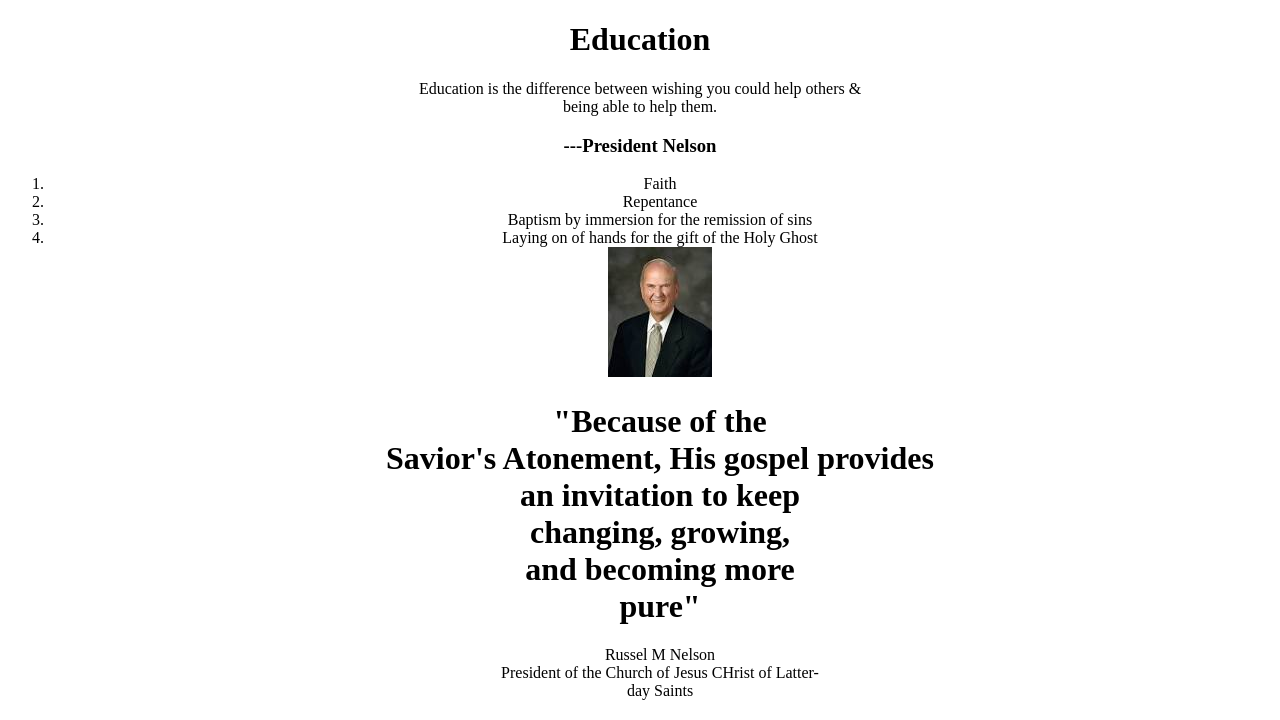
Repository: nak97/WDD-130
Page: ice challenge/index.html
An editor plug-in stored every save of this project. The page is shown before and after the next save, followed by the edit.
The browser window is 1280 px wide. The pictures show the whole page.

Above is the page before, as saved 2023-01-24 20:58:30.

### ice challenge/index.html
<!DOCTYPE html>

<html>
  <head>
    <meta charset="utf-8">
    <meta http-equiv="X-UA-Compatible" content="IE=edge">
    <title></title>
    <meta name="description" content="">
    <meta name="viewport" content="width=device-width, initial-scale=1">
    <link rel="stylesheet" href="styles.css">
  </head>
  <body>
    <div class="container">
    <div class="background">
   <h1>Education  </h1>
   <p>Education is the difference between wishing you could help others & <br> being able to help them.</p>
   <h3>---President Nelson</h3>
   <ol type="1">
    <li>Faith</li>
    <li>Repentance</li>
    <li>Baptism by immersion for the remission of sins</li>
    <li>Laying on of hands for the gift of the Holy Ghost</li>
    <img src="data:[embedded picture, 3119 characters]" alt="Pres Nelly">
<h1>"Because of the <br> Savior's Atonement, His gospel provides <br> an invitation to keep <br> changing, growing, <br> and becoming more <br> pure"</h1>
<footer><p>Russel M Nelson <br>President of the Church of Jesus CHrist of Latter- <br> day Saints</p>
</footer>
   </ol>
  </body>

</div>
</div>
</html>

### ice challenge/styles.css
.container {
  text-align: center;
}
ol {


}

li {
  text-align: center;
}

After the next save:
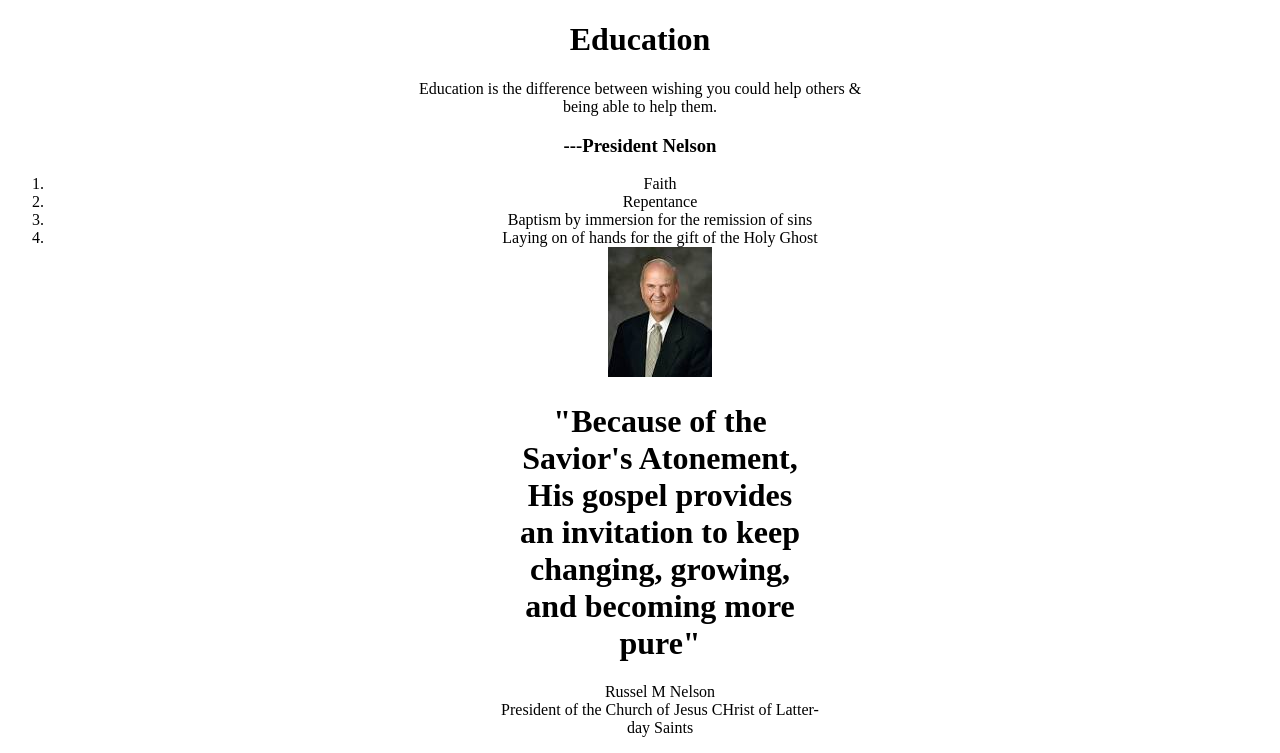
Saved 29 s later.
--- a/ice challenge/index.html
+++ b/ice challenge/index.html
@@ -21,7 +21,7 @@
     <li>Baptism by immersion for the remission of sins</li>
     <li>Laying on of hands for the gift of the Holy Ghost</li>
     <img src="data:[embedded picture, 3119 characters]" alt="Pres Nelly">
-<h1>"Because of the <br> Savior's Atonement, His gospel provides <br> an invitation to keep <br> changing, growing, <br> and becoming more <br> pure"</h1>
+<h1>"Because of the <br> Savior's Atonement,<br> His gospel provides <br> an invitation to keep <br> changing, growing, <br> and becoming more <br> pure"</h1>
 <footer><p>Russel M Nelson <br>President of the Church of Jesus CHrist of Latter- <br> day Saints</p>
 </footer>
    </ol>
